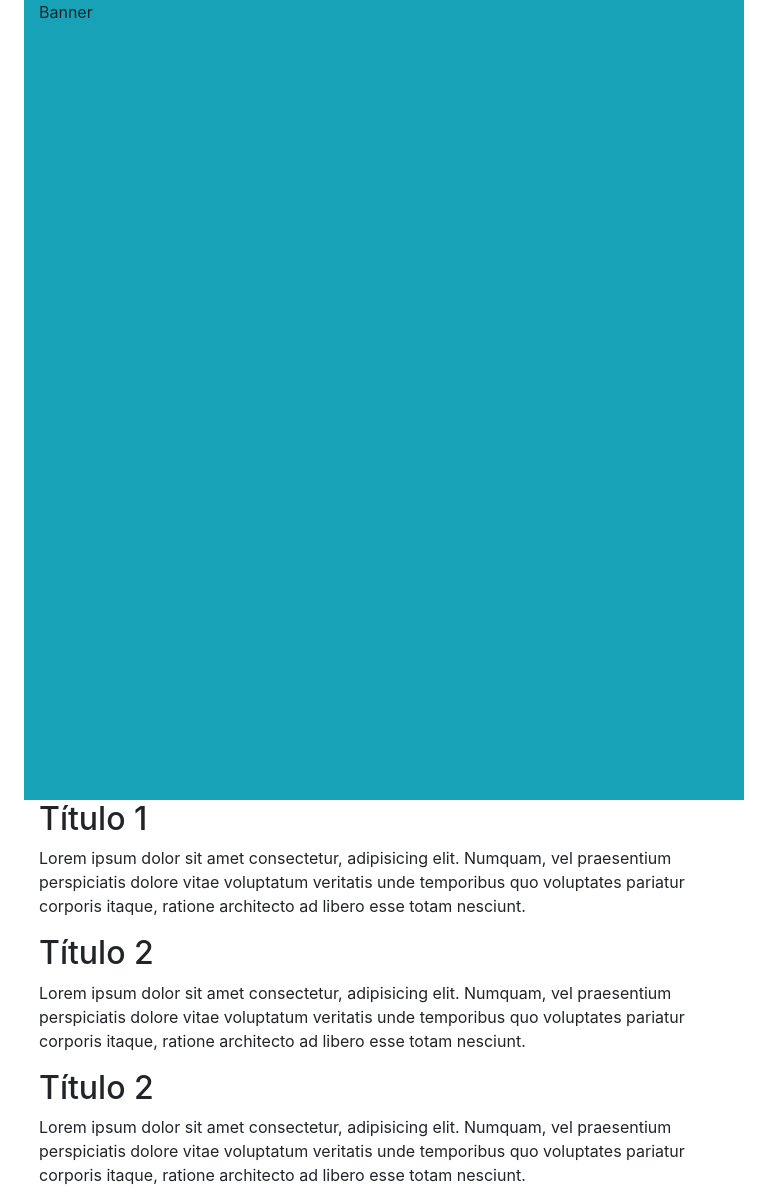
Repository: woodyalan/bootstrap-4
Page: conteudo.html
The author's editor kept a copy of each file at every save. The page is drawn from the files as they stood at one save, then again after the next save.
The browser window is 768 px wide. The pictures show the whole page.

Above is the page before, as saved 2020-09-08 22:23:21.

### conteudo.html
<!DOCTYPE html>
<html lang="pt-br">
  <head>
    <!-- Required meta tags -->
    <meta charset="utf-8" />
    <meta name="viewport" content="width=device-width, initial-scale=1, shrink-to-fit=no" />

    <link rel="stylesheet" href="https://stackpath.bootstrapcdn.com/bootstrap/4.5.2/css/bootstrap.min.css" />
    <link rel="stylesheet" href="css/style.css" />

    <title>OlA Bootstrap!</title>
  </head>
  <body>
    <div class="container">
      <!-- <h1>OlA Bootstrap!</h1>

      <div class="row">
        <div class="col-3 bg-primary">Area 1</div>
        <div class="col-6 bg-success">Area 2</div>
        <div class="col-3 bg-primary">Area 3</div>
      </div>

      <div class="row">
        <div class="col-6 col-lg-3 bg-primary">Area 1</div>
        <div class="col-6 col-lg-6 bg-success">Area 2</div>
        <div class="col-12 col-lg-3 bg-info">Area 3</div>
      </div>

      <div class="row">
        <div class="col bg-primary">Area 1</div>
        <div class="col bg-success">Area 2</div>
        <div class="col bg-info">Area 3</div>
      </div> -->

      <div class="row">
        <div class="col-12 banner bg-info">Banner</div>
      </div>

      <div class="row">
        <div class="col-12 col-lg-4">
          <h2>Título 1</h2>
          <p>
            Lorem ipsum dolor sit amet consectetur, adipisicing elit. Numquam, vel praesentium perspiciatis dolore vitae
            voluptatum veritatis unde temporibus quo voluptates pariatur corporis itaque, ratione architecto ad libero
            esse totam nesciunt.
          </p>
        </div>
        <div class="col-12 col-lg-4">
          <h2>Título 2</h2>
          <p>
            Lorem ipsum dolor sit amet consectetur, adipisicing elit. Numquam, vel praesentium perspiciatis dolore vitae
            voluptatum veritatis unde temporibus quo voluptates pariatur corporis itaque, ratione architecto ad libero
            esse totam nesciunt.
          </p>
        </div>
        <div class="col-12 col-lg-4">
          <h2>Título 2</h2>
          <p>
            Lorem ipsum dolor sit amet consectetur, adipisicing elit. Numquam, vel praesentium perspiciatis dolore vitae
            voluptatum veritatis unde temporibus quo voluptates pariatur corporis itaque, ratione architecto ad libero
            esse totam nesciunt.
          </p>
        </div>
      </div>
    </div>

    <!-- JS, Popper e jQuery -->
    <script src="https://code.jquery.com/jquery-3.5.1.slim.min.js"></script>
    <script src="https://cdn.jsdelivr.net/npm/popper.js@1.16.1/dist/umd/popper.min.js"></script>
    <script src="https://stackpath.bootstrapcdn.com/bootstrap/4.5.2/js/bootstrap.min.js"></script>
  </body>
</html>

### css/style.css
.banner {
    height: 100vh;
}

After the next save:
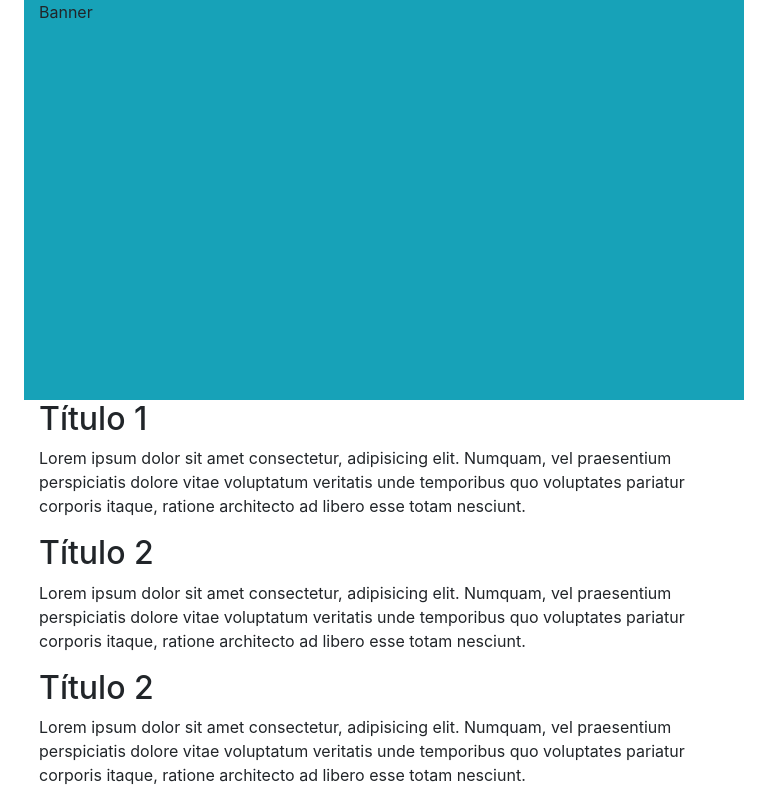
Saved 4 min 13 s later.
--- a/css/style.css
+++ b/css/style.css
@@ -1,3 +1,9 @@
 .banner {
-    height: 100vh;
+  height: 100vh;
 }
+
+@media screen and (max-width: 768px) {
+  .banner {
+    height: 50vh;
+  }
+}
